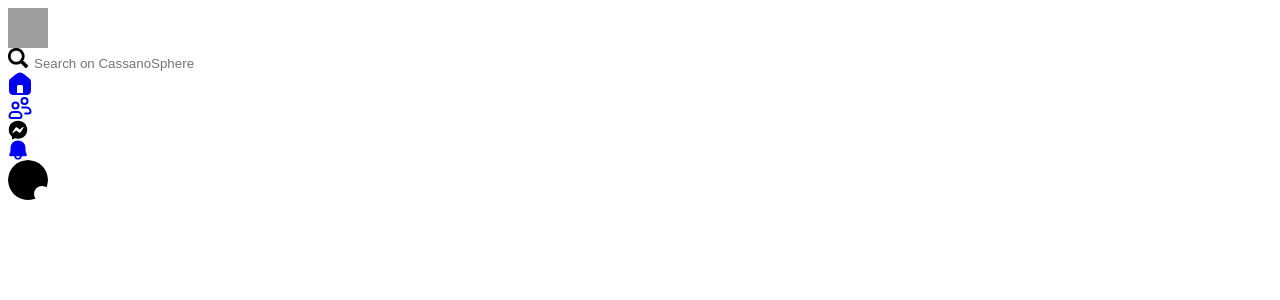
Repository: oafnghh/CassanoSphere
Page: http://localhost/CassanoSphere/www/home/includes/navBar.jsp
These files come from the project's save history. The page is drawn as it stood at one moment and after the next save; the edit follows.
The browser window is 1280 px wide. The pictures show the whole page.
Pictures or frames that could not be fetched are drawn as grey boxes. The page is served by Tomcat 9. Other server files are loaded and not shown.

Above is the page before, as saved 2024-07-15 10:10:23.

### CassanoSphere/webapp/www/home/includes/navBar.jsp
<div
	class="flex items-center justify-between bg-white dark:bg-zinc-800 p-2 shadow-md">
	<div class="flex items-center space-x-4">
		<img
			src="https://t4.ftcdn.net/jpg/03/87/77/85/360_F_387778557_9gy5UJQQ2pgmRM9bvUfLf3Q6T6Uj4kN4.jpg"
			style="width: 40px; height: 40px" class="rounded-full" />
		<div
			class="flex items-center bg-zinc-100 dark:bg-zinc-700 rounded-full px-3 py-1">
			<img style="width: 20px; height: 20px"
				src="data:[embedded picture, 3782 characters]"
				alt="Search icon" class="mr-2" /> <input type="text"
				placeholder="Search on CassanoSphere" style="border: none"
				class="bg-transparent text-muted-foreground ml-2 outline-none" />
		</div>
	</div>

	<div class="flex items-center space-x-6">
		<a aria-label="Trang chủ"
			class="x1i10hfl xjbqb8w x1ejq31n xd10rxx x1sy0etr x17r0tee x972fbf xcfux6l x1qhh985 xm0m39n x9f619 x1ypdohk xe8uvvx xdj266r x11i5rnm xat24cr x1mh8g0r xexx8yu x4uap5 x18d9i69 xkhd6sd x16tdsg8 x1hl2dhg xggy1nq x1o1ewxj x3x9cwd x1e5q0jg x13rtm0m x87ps6o x1lku1pv x1a2a7pz x6s0dn4 x78zum5 xdt5ytf x5yr21d xl56j7k x1n2onr6 xh8yej3"
			href="/" role="link" tabindex="0" previewlistener="true"
			aria-current="page"><span class="x1n2onr6"><svg
					viewBox="0 0 24 24" width="24" height="24" fill="currentColor"
					class="x19dipnz x1lliihq x1tzjh5l x1k90msu x2h7rmj x1qfuztq"
					style="-color: var(- -primary-button-background);">
					<path
						d="M9.464 1.286C10.294.803 11.092.5 12 .5c.908 0 1.707.303 2.537.786.795.462 1.7 1.142 2.815 1.977l2.232 1.675c1.391 1.042 2.359 1.766 2.888 2.826.53 1.059.53 2.268.528 4.006v4.3c0 1.355 0 2.471-.119 3.355-.124.928-.396 1.747-1.052 2.403-.657.657-1.476.928-2.404 1.053-.884.119-2 .119-3.354.119H7.93c-1.354 0-2.471 0-3.355-.119-.928-.125-1.747-.396-2.403-1.053-.656-.656-.928-1.475-1.053-2.403C1 18.541 1 17.425 1 16.07v-4.3c0-1.738-.002-2.947.528-4.006.53-1.06 1.497-1.784 2.888-2.826L6.65 3.263c1.114-.835 2.02-1.515 2.815-1.977zM10.5 13A1.5 1.5 0 0 0 9 14.5V21h6v-6.5a1.5 1.5 0 0 0-1.5-1.5h-3z"></path></svg><span
				class="x10l6tqk x11f4b5y x1v4kod4"><div
						data-visualcompletion="ignore"></div></span></span></a> <a aria-label="Bạn bè"
			class="x1i10hfl xjbqb8w x1ejq31n xd10rxx x1sy0etr x17r0tee x972fbf xcfux6l x1qhh985 xm0m39n x9f619 x1ypdohk xe8uvvx xdj266r x11i5rnm xat24cr x1mh8g0r xexx8yu x4uap5 x18d9i69 xkhd6sd x16tdsg8 x1hl2dhg xggy1nq x1o1ewxj x3x9cwd x1e5q0jg x13rtm0m x87ps6o x1lku1pv x1a2a7pz x6s0dn4 x78zum5 xdt5ytf x5yr21d xl56j7k x1n2onr6 xh8yej3"
			href="/friends/" role="link" tabindex="0" previewlistener="true"><span
			class="x1n2onr6"> <!--$--> <svg viewBox="0 0 24 24" width="24"
					height="24" fill="currentColor"
					class="x19dipnz x1lliihq x1tzjh5l x1k90msu x2h7rmj x1qfuztq"
					style="-color: var(- -secondary-icon);">
					<path
						d="M12.496 5a4 4 0 1 1 8 0 4 4 0 0 1-8 0zm4-2a2 2 0 1 0 0 4 2 2 0 0 0 0-4zm-9 2.5a4 4 0 1 0 0 8 4 4 0 0 0 0-8zm-2 4a2 2 0 1 1 4 0 2 2 0 0 1-4 0zM5.5 15a5 5 0 0 0-5 5 3 3 0 0 0 3 3h8.006a3 3 0 0 0 3-3 5 5 0 0 0-5-5H5.5zm-3 5a3 3 0 0 1 3-3h4.006a3 3 0 0 1 3 3 1 1 0 0 1-1 1H3.5a1 1 0 0 1-1-1zm12-9.5a5.04 5.04 0 0 0-.37.014 1 1 0 0 0 .146 1.994c.074-.005.149-.008.224-.008h4.006a3 3 0 0 1 3 3 1 1 0 0 1-1 1h-3.398a1 1 0 1 0 0 2h3.398a3 3 0 0 0 3-3 5 5 0 0 0-5-5H14.5z"></path></svg><span
				class="x10l6tqk x11f4b5y x1v4kod4"></span> <!--/$-->
		</span>
			<div
				class="x1ey2m1c xds687c x17qophe xg01cxk x47corl x10l6tqk x13vifvy x1ebt8du x19991ni x1dhq9h x1o1ewxj x3x9cwd x1e5q0jg x13rtm0m"
				role="none" data-visualcompletion="ignore"
				style="border-radius: 8px; inset: 4px 0px;"></div></a>
	</div>

	<div class="flex items-center space-x-4">
		<div aria-label="Messenger"
			class="x1i10hfl x1ejq31n xd10rxx x1sy0etr x17r0tee x1ypdohk xe8uvvx xdj266r x11i5rnm xat24cr x1mh8g0r x16tdsg8 x1hl2dhg xggy1nq x87ps6o x1lku1pv x1a2a7pz x6s0dn4 xzolkzo x12go9s9 x1rnf11y xprq8jg x972fbf xcfux6l x1qhh985 xm0m39n x9f619 x78zum5 xl56j7k xexx8yu x4uap5 x18d9i69 xkhd6sd x1n2onr6 x1vqgdyp x100vrsf x1qhmfi1"
			role="button" tabindex="0" style="">
			<svg viewBox="0 0 12 13" width="20" height="20" fill="currentColor"
				class="x19dipnz x1lliihq x1tzjh5l x1k90msu x2h7rmj x1qfuztq"
				style="-color: var(- -primary-icon);">
				<g fill-rule="evenodd" transform="translate(-450 -1073)">
				<path
					d="m459.603 1077.948-1.762 2.851a.89.89 0 0 1-1.302.245l-1.402-1.072a.354.354 0 0 0-.433.001l-1.893 1.465c-.253.196-.583-.112-.414-.386l1.763-2.851a.89.89 0 0 1 1.301-.245l1.402 1.072a.354.354 0 0 0 .434-.001l1.893-1.465c.253-.196.582.112.413.386M456 1073.5c-3.38 0-6 2.476-6 5.82 0 1.75.717 3.26 1.884 4.305.099.087.158.21.162.342l.032 1.067a.48.48 0 0 0 .674.425l1.191-.526a.473.473 0 0 1 .32-.024c.548.151 1.13.231 1.737.231 3.38 0 6-2.476 6-5.82 0-3.344-2.62-5.82-6-5.82"></path></g></svg>
			<div
				class="x1ey2m1c xds687c x17qophe xg01cxk x47corl x10l6tqk x13vifvy x1ebt8du x19991ni x1dhq9h xzolkzo x12go9s9 x1rnf11y xprq8jg"
				role="none" data-visualcompletion="ignore" style="inset: 0px;"></div>
		</div>
		<div class="x9f619 x1n2onr6 x1ja2u2z">
			<a aria-label="Thông báo"
				class="x1i10hfl x1ejq31n xd10rxx x1sy0etr x17r0tee x1ypdohk xe8uvvx xdj266r x11i5rnm xat24cr x1mh8g0r x16tdsg8 x1hl2dhg xggy1nq x87ps6o x1lku1pv x1a2a7pz x6s0dn4 xzolkzo x12go9s9 x1rnf11y xprq8jg x972fbf xcfux6l x1qhh985 xm0m39n x9f619 x78zum5 xl56j7k xexx8yu x4uap5 x18d9i69 xkhd6sd x1n2onr6 x1vqgdyp x100vrsf x1qhmfi1"
				href="/notifications/" role="link" tabindex="0"
				previewlistener="true" style=""><svg viewBox="0 0 24 24"
					width="20" height="20" fill="currentColor"
					class="x19dipnz x1lliihq x1tzjh5l x1k90msu x2h7rmj x1qfuztq"
					style="-color: var(- -primary-icon);">
					<path
						d="M3 9.5a9 9 0 1 1 18 0v2.927c0 1.69.475 3.345 1.37 4.778a1.5 1.5 0 0 1-1.272 2.295h-4.625a4.5 4.5 0 0 1-8.946 0H2.902a1.5 1.5 0 0 1-1.272-2.295A9.01 9.01 0 0 0 3 12.43V9.5zm6.55 10a2.5 2.5 0 0 0 4.9 0h-4.9z"></path></svg>
				<div
					class="x1ey2m1c xds687c x17qophe xg01cxk x47corl x10l6tqk x13vifvy x1ebt8du x19991ni x1dhq9h xzolkzo x12go9s9 x1rnf11y xprq8jg"
					role="none" data-visualcompletion="ignore" style="inset: 0px;"></div></a>
			<!--$-->
			<div aria-hidden="true" aria-label="Thông báo"
				class="x1i10hfl x1qjc9v5 xjbqb8w xjqpnuy xa49m3k xqeqjp1 x2hbi6w x13fuv20 xu3j5b3 x1q0q8m5 x26u7qi x972fbf xcfux6l x1qhh985 xm0m39n x9f619 x1ypdohk xdl72j9 x2lah0s xe8uvvx xdj266r x11i5rnm xat24cr x1mh8g0r x2lwn1j xeuugli xexx8yu x4uap5 x18d9i69 xkhd6sd x16tdsg8 x1hl2dhg xggy1nq x1t137rt x1o1ewxj x3x9cwd x1e5q0jg x13rtm0m x3nfvp2 x1q0g3np x87ps6o x1lku1pv x1a2a7pz x10l6tqk x1vjfegm x8zc4e7 xtu2xtp"
				role="button" tabindex="-1">
				<!--$-->
				<!--/$-->
				<div
					class="x1ey2m1c xds687c x17qophe xg01cxk x47corl x10l6tqk x13vifvy x1ebt8du x19991ni x1dhq9h xzolkzo x12go9s9 x1rnf11y xprq8jg"
					role="none" data-visualcompletion="ignore"></div>
			</div>
			<!--/$-->
		</div>
		<div class="x1rg5ohu x1n2onr6 x3ajldb x1ja2u2z">
			<svg aria-label="Trang cá nhân của bạn" class="x3ajldb"
				data-visualcompletion="ignore-dynamic" role="img"
				style="height: 40px; width: 40px">
				<mask id=":R3arcdad5qq9papd5aq:">
				<circle cx="20" cy="20" fill="white" r="20"></circle>
				<circle cx="34" cy="34" data-visualcompletion="ignore" fill="black"
					r="8"></circle></mask>
				<g mask="url(#:R3arcdad5qq9papd5aq:)">
				<image style="height:40px;width:40px" x="0" y="0" height="100%"
					preserveAspectRatio="xMidYMid slice" width="100%"
					xlink:href="https://scontent.fdad1-1.fna.fbcdn.net/v/t1.30497-1/143086968_2856368904622192_1959732218791162458_n.png?stp=cp0_dst-png_p40x40&amp;_nc_cat=1&amp;ccb=1-7&amp;_nc_sid=136b72&amp;_nc_eui2=AeFLP6jCsUru6VbhuODeu7BQso2H55p0AlGyjYfnmnQCURNQnTWOiHupy-mt504U4i6kgJ8fGXGVOVKt8zwAs5lq&amp;_nc_ohc=qj3fwGIe_3cQ7kNvgF2ztif&amp;_nc_ht=scontent.fdad1-1.fna&amp;oh=00_AYA1IcsQJRy8Jw1g5MUupb8F9z4Q9kOY9SdPvhhYHk_kLg&amp;oe=66BC1CB8"></image>
				<circle class="xbh8q5q x1pwv2dq xvlca1e" cx="20" cy="20" r="20"></circle></g></svg>
		</div>
	</div>
</div>

After the next save:
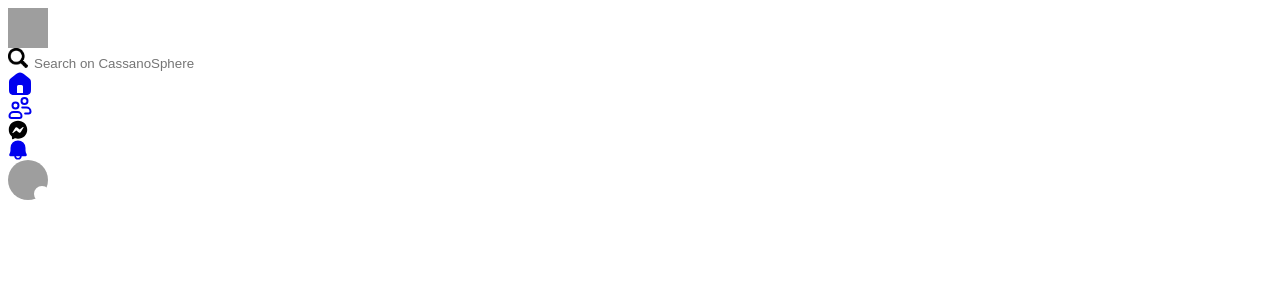
Saved 31 s later.
--- a/CassanoSphere/webapp/www/home/includes/navBar.jsp
+++ b/CassanoSphere/webapp/www/home/includes/navBar.jsp
@@ -93,7 +93,7 @@
 				<image style="height:40px;width:40px" x="0" y="0" height="100%"
 					preserveAspectRatio="xMidYMid slice" width="100%"
 					xlink:href="https://scontent.fdad1-1.fna.fbcdn.net/v/t1.30497-1/143086968_2856368904622192_1959732218791162458_n.png?stp=cp0_dst-png_p40x40&amp;_nc_cat=1&amp;ccb=1-7&amp;_nc_sid=136b72&amp;_nc_eui2=AeFLP6jCsUru6VbhuODeu7BQso2H55p0AlGyjYfnmnQCURNQnTWOiHupy-mt504U4i6kgJ8fGXGVOVKt8zwAs5lq&amp;_nc_ohc=qj3fwGIe_3cQ7kNvgF2ztif&amp;_nc_ht=scontent.fdad1-1.fna&amp;oh=00_AYA1IcsQJRy8Jw1g5MUupb8F9z4Q9kOY9SdPvhhYHk_kLg&amp;oe=66BC1CB8"></image>
-				<circle class="xbh8q5q x1pwv2dq xvlca1e" cx="20" cy="20" r="20"></circle></g></svg>
+			</g></svg>
 		</div>
 	</div>
 </div>
